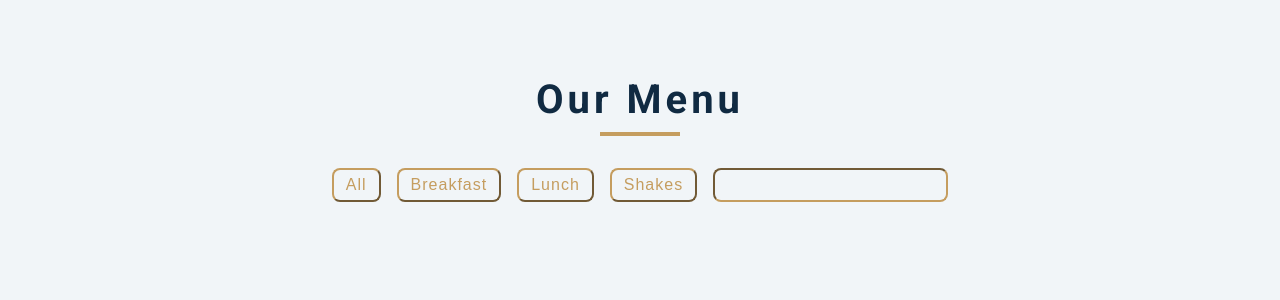
Repository: AnahitKhechumyan/MENUFILTER
Page: index.html
An editor plug-in stored every save of this project. The page is shown before and after the next save, followed by the edit.
The browser window is 1280 px wide. The pictures show the whole page.
Some web libraries are served in a nearby version.

Above is the page before, as saved 2022-02-17 18:05:13.
Console error: ReferenceError: diplayMenuItems is not defined

### index.html
<!DOCTYPE html>
<html lang="en">
  <head>
    <meta charset="UTF-8" />
    <meta name="viewport" content="width=device-width, initial-scale=1.0" />
    <title>Starter</title>
    <!-- font-awesome -->
    <link
      rel="stylesheet"
      href="https://cdnjs.cloudflare.com/ajax/libs/font-awesome/5.14.0/css/all.min.css"
    />
    <!-- styles -->
    <link rel="stylesheet" href="styles.css" />
  </head>
  <body>
    <section class="menu">
      <!-- title -->
      <div class="title">
        <h2>our menu</h2>
        <div class="underline"></div>
      </div>
      <!-- filter buttons -->
      <div class="btn-container">
         <button type="button" class="filter-btn" data-id="all">all</button>
          <button type="button" class="filter-btn" data-id="breakfast">
            breakfast
          </button>
          <button type="button" class="filter-btn" data-id="lunch">lunch</button>
          <button type="button" class="filter-btn" data-id="shakes">
            shakes
          </button>
          <input type="search" class="filter-btn" />
      </div>
      <!-- menu items -->
      <div class="section-center">
        <!-- single item -->
        <!--<article class="menu-item">
          <img src="./menu-item.jpeg" alt="menu item" class="photo" />
          <div class="item-info">
            <header>
              <h4>buttermilk pancakes</h4>
              <h4 class="price">$15</h4>
            </header>
            <p class="item-text">
              Lorem ipsum dolor sit amet consectetur adipisicing elit.
              Repudiandae, sint quam. Et reprehenderit fugiat nesciunt inventore
              laboriosam excepturi! Quo, officia.
            </p>
          </div>
        </article>-->
        <!-- end of single item -->
        <!-- single item -->
        <!--<article class="menu-item">
          <img src="./menu-item.jpeg" alt="menu item" class="photo" />
          <div class="item-info">
            <header>
              <h4>buttermilk pancakes</h4>
              <h4 class="price">$15</h4>
            </header>
            <p class="item-text">
              Lorem ipsum dolor sit amet consectetur adipisicing elit.
              Repudiandae, sint quam. Et reprehenderit fugiat nesciunt inventore
              laboriosam excepturi! Quo, officia.
            </p>
          </div>
        </article>-->
        <!-- end of single item -->
        <!-- single item -->
        <!--<article class="menu-item">
          <img src="./menu-item.jpeg" alt="menu item" class="photo" />
          <div class="item-info">
            <header>
              <h4>buttermilk pancakes</h4>
              <h4 class="price">$15</h4>
            </header>
            <p class="item-text">
              Lorem ipsum dolor sit amet consectetur adipisicing elit.
              Repudiandae, sint quam. Et reprehenderit fugiat nesciunt inventore
              laboriosam excepturi! Quo, officia.
            </p>
          </div>
        </article>-->
        <!-- end of single item -->
      </div>
    </section>
    <!-- javascript -->
    <script type="module" src="./app.js"></script>
  </body>
</html>

### styles.css
/*
===============
Fonts
===============
*/
@import url("https://fonts.googleapis.com/css?family=Open+Sans|Roboto:400,700&display=swap");

/*
===============
Variables
===============
*/

:root {
  /* dark shades of primary color*/
  --clr-primary-1: hsl(205, 86%, 17%);
  --clr-primary-2: hsl(205, 77%, 27%);
  --clr-primary-3: hsl(205, 72%, 37%);
  --clr-primary-4: hsl(205, 63%, 48%);
  /* primary/main color */
  --clr-primary-5: #49a6e9;
  /* lighter shades of primary color */
  --clr-primary-6: hsl(205, 89%, 70%);
  --clr-primary-7: hsl(205, 90%, 76%);
  --clr-primary-8: hsl(205, 86%, 81%);
  --clr-primary-9: hsl(205, 90%, 88%);
  --clr-primary-10: hsl(205, 100%, 96%);
  /* darkest grey - used for headings */
  --clr-grey-1: hsl(209, 61%, 16%);
  --clr-grey-2: hsl(211, 39%, 23%);
  --clr-grey-3: hsl(209, 34%, 30%);
  --clr-grey-4: hsl(209, 28%, 39%);
  /* grey used for paragraphs */
  --clr-grey-5: hsl(210, 22%, 49%);
  --clr-grey-6: hsl(209, 23%, 60%);
  --clr-grey-7: hsl(211, 27%, 70%);
  --clr-grey-8: hsl(210, 31%, 80%);
  --clr-grey-9: hsl(212, 33%, 89%);
  --clr-grey-10: hsl(210, 36%, 96%);
  --clr-white: #fff;
  --clr-red-dark: hsl(360, 67%, 44%);
  --clr-red-light: hsl(360, 71%, 66%);
  --clr-green-dark: hsl(125, 67%, 44%);
  --clr-green-light: hsl(125, 71%, 66%);
  --clr-gold: #c59d5f;
  --clr-black: #222;
  --ff-primary: "Roboto", sans-serif;
  --ff-secondary: "Open Sans", sans-serif;
  --transition: all 0.3s linear;
  --spacing: 0.25rem;
  --radius: 0.5rem;
  --light-shadow: 0 5px 15px rgba(0, 0, 0, 0.1);
  --dark-shadow: 0 5px 15px rgba(0, 0, 0, 0.2);
  --max-width: 1170px;
  --fixed-width: 620px;
}
/*
===============
Global Styles
===============
*/

*,
::after,
::before {
  margin: 0;
  padding: 0;
  box-sizing: border-box;
}
body {
  font-family: var(--ff-secondary);
  background: var(--clr-grey-10);
  color: var(--clr-grey-1);
  line-height: 1.5;
  font-size: 0.875rem;
}
ul {
  list-style-type: none;
}
a {
  text-decoration: none;
}
img:not(.logo) {
  width: 100%;
}
img {
  display: block;
}

h1,
h2,
h3,
h4 {
  letter-spacing: var(--spacing);
  text-transform: capitalize;
  line-height: 1.25;
  margin-bottom: 0.75rem;
  font-family: var(--ff-primary);
}
h1 {
  font-size: 3rem;
}
h2 {
  font-size: 2rem;
}
h3 {
  font-size: 1.25rem;
}
h4 {
  font-size: 0.875rem;
}
p {
  margin-bottom: 1.25rem;
  color: var(--clr-grey-5);
}
@media screen and (min-width: 800px) {
  h1 {
    font-size: 4rem;
  }
  h2 {
    font-size: 2.5rem;
  }
  h3 {
    font-size: 1.75rem;
  }
  h4 {
    font-size: 1rem;
  }
  body {
    font-size: 1rem;
  }
  h1,
  h2,
  h3,
  h4 {
    line-height: 1;
  }
}
/*  global classes */

.btn {
  text-transform: uppercase;
  background: transparent;
  color: var(--clr-black);
  padding: 0.375rem 0.75rem;
  letter-spacing: var(--spacing);
  display: inline-block;
  transition: var(--transition);
  font-size: 0.875rem;
  border: 2px solid var(--clr-black);
  cursor: pointer;
  box-shadow: 0 1px 3px rgba(0, 0, 0, 0.2);
  border-radius: var(--radius);
}
.btn:hover {
  color: var(--clr-white);
  background: var(--clr-black);
}
/* section */
.section {
  padding: 5rem 0;
}

main {
  min-height: 100vh;
  display: grid;
  place-items: center;
}
/*
===============
Menu
===============
*/

.menu {
  padding: 5rem 0;
}
.title {
  text-align: center;
  margin-bottom: 2rem;
}
.underline {
  width: 5rem;
  height: 0.25rem;
  background: var(--clr-gold);
  margin-left: auto;
  margin-right: auto;
}
.btn-container {
  margin-bottom: 4rem;
  display: flex;
  justify-content: center;
}
.filter-btn {
  background: transparent;
  border-color: var(--clr-gold);
  font-size: 1rem;
  text-transform: capitalize;
  margin: 0 0.5rem;
  letter-spacing: 1px;
  border-radius: var(--radius);
  padding: 0.375rem 0.75rem;
  color: var(--clr-gold);
  cursor: pointer;
  transition: var(--transition);
}
.filter-btn:hover {
  background: var(--clr-gold);
  color: var(--clr-white);
}
.section-center {
  width: 90vw;
  margin: 0 auto;
  max-width: 1170px;
  display: grid;
  gap: 3rem 2rem;
  justify-items: center;
}
.menu-item {
  display: grid;
  gap: 1rem 2rem;
  max-width: 25rem;
}
.photo {
  object-fit: cover;
  height: 200px;
  border: 0.25rem solid var(--clr-gold);
  border-radius: var(--radius);
}
.item-info header {
  display: flex;
  justify-content: space-between;
  border-bottom: 0.5px dotted var(--clr-grey-5);
}
.item-info h4 {
  margin-bottom: 0.5rem;
}
.price {
  color: var(--clr-gold);
}
.item-text {
  margin-bottom: 0;
  padding-top: 1rem;
}

@media screen and (min-width: 768px) {
  .menu-item {
    grid-template-columns: 225px 1fr;
    gap: 0 1.25rem;
    max-width: 40rem;
  }
  .photo {
    height: 175px;
  }
}
@media screen and (min-width: 1200px) {
  .section-center {
    width: 95vw;
    grid-template-columns: 1fr 1fr;
  }
  .photo {
    height: 150px;
  }
}

### app.js
import { menu } from "./data.js";

// get parent element
const sectionCenter = document.querySelector(".section-center");
const btnContainer = document.querySelector(".btn-container");

// display all items when page loads
window.addEventListener("DOMContentLoaded", function () {
  diplayMenuItems(menu);
  displayMenuButtons();
});
function displayMenuItems(menuItems) {
  let displayMenu = menuItems.map(function (item) {
    // console.log(item);

    return `<article class="menu-item">
            <img src=${item.img} alt=${item.title} class="photo" />
            <div class="item-info">
              <header>
                <h4>${item.title}</h4>
                <h4 class="price">$${item.price}</h4>
              </header>
              <p class="item-text">
                ${item.desc}
              </p>
            </div>
          </article>`;
  });
  displayMenu = displayMenu.join("");
  // console.log(displayMenu);

  sectionCenter.innerHTML = displayMenu;
}

function displayMenuButtons() {
  //add display buttons here
}

const buttons = document.querySelectorAll(".filter-btn");

buttons.forEach(filterBtn => {
   filterBtn.addEventListener("click", () =>{
     const value = filterBtn.getAttribute("data-id");
     if(value === "all"){
       displayMenuItems(menu);
       return;
     }
     const filterArr = menu.filter(item => item.category ===value);

     let card = filterArr.map(function(item){
       return  `<article class="menu-item">
       <img src=${item.img} alt=${item.title} class="photo" />
       <div class="item-info">
         <header>
           <h4>${item.title}</h4>
           <h4 class="price">$${item.price}</h4>
         </header>
         <p class="item-text">
           ${item.desc}
         </p>
       </div>
     </article>`
    }).join("");

     sectionCenter.innerHTML = card;
   })
});

let searchText = "";
let search = document.querySelector("input");
search.addEventListener("keyup", (e)=>{
  searchText = e.target.value;
  let searchArr = menu.filter(item=>{
    return item.desc.indexOf(searchText) !==-1;
  })
  displayMenuItems(searchArr);
})

### data.js
export const menu = [
  {
    id: 1,
    title: "buttermilk pancakes",
    category: "breakfast",
    price: 15.99,
    img: "./images/item-1.jpeg",
    desc: `I'm baby woke mlkshk wolf bitters live-edge blue bottle, hammock freegan copper mug whatever cold-pressed `,
  },
  {
    id: 2,
    title: "diner double",
    category: "lunch",
    price: 13.99,
    img: "./images/item-2.jpeg",
    desc: `vaporware iPhone mumblecore selvage raw denim slow-carb leggings gochujang helvetica man braid jianbing. Marfa thundercats `,
  },
  {
    id: 3,
    title: "godzilla milkshake",
    category: "shakes",
    price: 6.99,
    img: "./images/item-3.jpeg",
    desc: `ombucha chillwave fanny pack 3 wolf moon street art photo booth before they sold out organic viral.`,
  },
  {
    id: 4,
    title: "country delight",
    category: "breakfast",
    price: 20.99,
    img: "./images/item-4.jpeg",
    desc: `Shabby chic keffiyeh neutra snackwave pork belly shoreditch. Prism austin mlkshk truffaut, `,
  },
  {
    id: 5,
    title: "egg attack",
    category: "lunch",
    price: 22.99,
    img: "./images/item-5.jpeg",
    desc: `franzen vegan pabst bicycle rights kickstarter pinterest meditation farm-to-table 90's pop-up `,
  },
  {
    id: 6,
    title: "oreo dream",
    category: "shakes",
    price: 18.99,
    img: "./images/item-6.jpeg",
    desc: `Portland chicharrones ethical edison bulb, palo santo craft beer chia heirloom iPhone everyday`,
  },
  {
    id: 7,
    title: "bacon overflow",
    category: "breakfast",
    price: 8.99,
    img: "./images/item-7.jpeg",
    desc: `carry jianbing normcore freegan. Viral single-origin coffee live-edge, pork belly cloud bread iceland put a bird `,
  },
  {
    id: 8,
    title: "american classic",
    category: "lunch",
    price: 12.99,
    img: "./images/item-8.jpeg",
    desc: `on it tumblr kickstarter thundercats migas everyday carry squid palo santo leggings. Food truck truffaut  `,
  },
  {
    id: 9,
    title: "quarantine buddy",
    category: "shakes",
    price: 16.99,
    img: "./images/item-9.jpeg",
    desc: `skateboard fam synth authentic semiotics. Live-edge lyft af, edison bulb yuccie crucifix microdosing.`,
  },
  {
    id: 10,
    title: "bison steak",
    category: "dinner",
    price: 22.99,
    img: "./images/item-10.jpeg",
    desc: `skateboard fam synth authentic semiotics. Live-edge lyft af, edison bulb yuccie crucifix microdosing.`,
  },
];

After the next save:
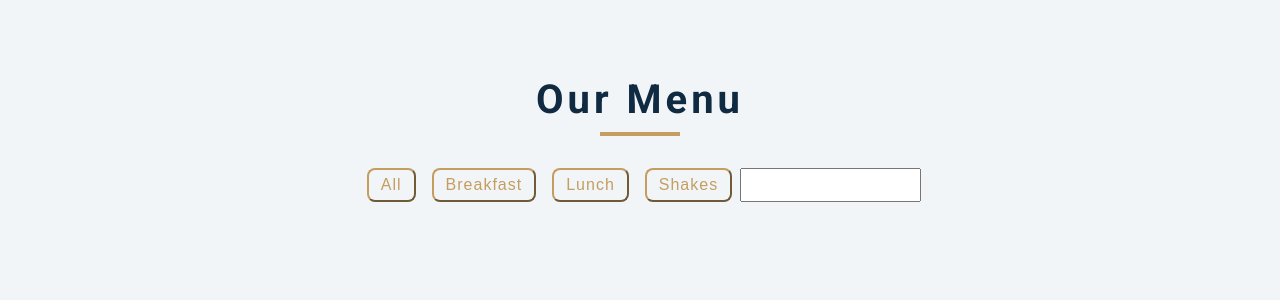
Saved 35 s later.
--- a/index.html
+++ b/index.html
@@ -29,7 +29,7 @@
           <button type="button" class="filter-btn" data-id="shakes">
             shakes
           </button>
-          <input type="search" class="filter-btn" />
+          <input type="search" class="input" />
       </div>
       <!-- menu items -->
       <div class="section-center">
@@ -37,7 +37,7 @@
         <!--<article class="menu-item">
           <img src="./menu-item.jpeg" alt="menu item" class="photo" />
           <div class="item-info">
-            <header>
+            <header
               <h4>buttermilk pancakes</h4>
               <h4 class="price">$15</h4>
             </header>
